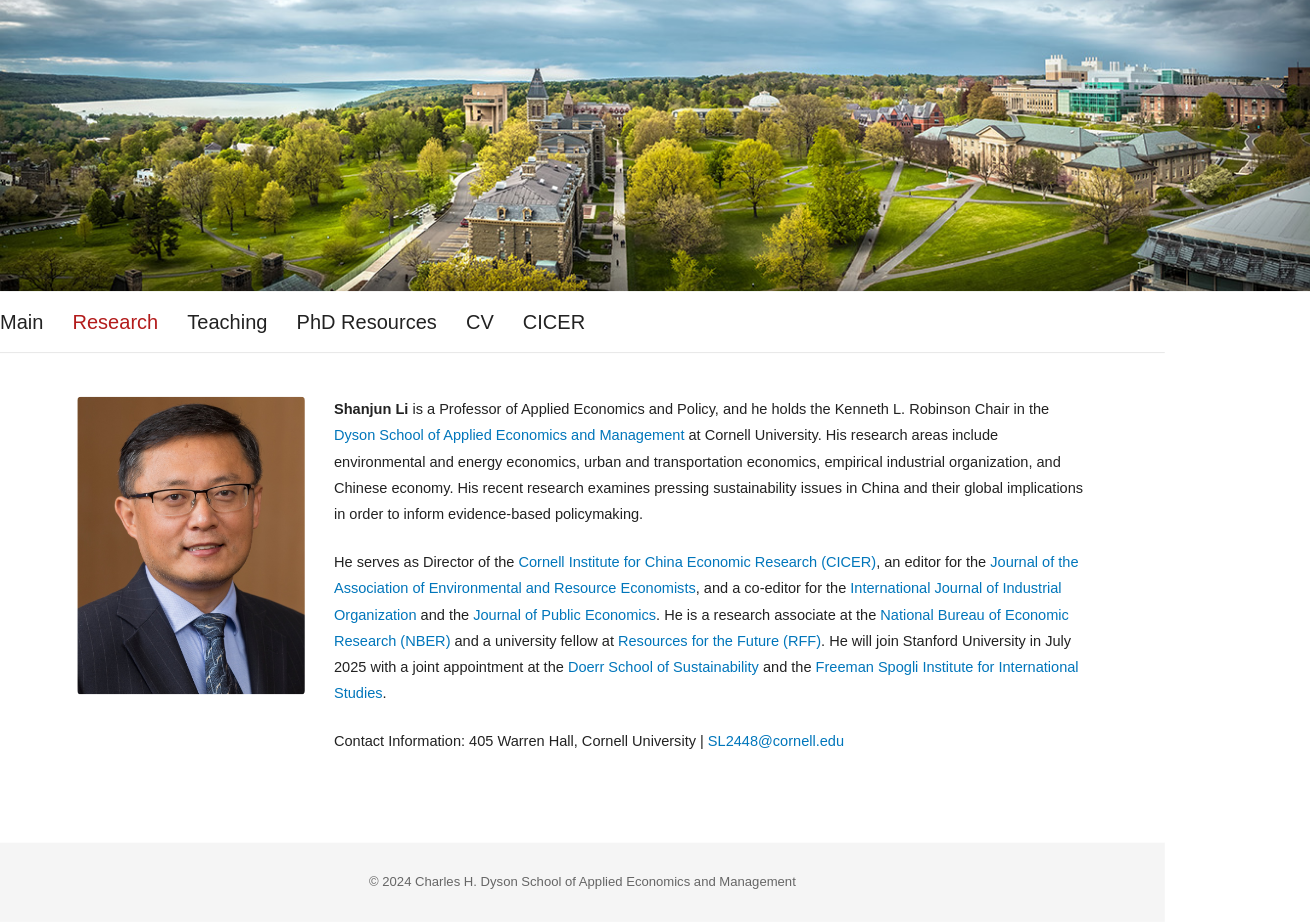
Repository: huang-heavenly-Emperor/k1_project
Page: research.html
These files come from the project's save history. The page is drawn as it stood at one moment and after the next save; the edit follows.
The browser window is 1280 px wide. The page is 1440 px wide, so the pictures cover 1440 px, including what lies to the right of the window. The pictures show the whole page, at 91% of full size.

Above is the page before, as saved 2024-11-17 05:58:49.

After the next save:
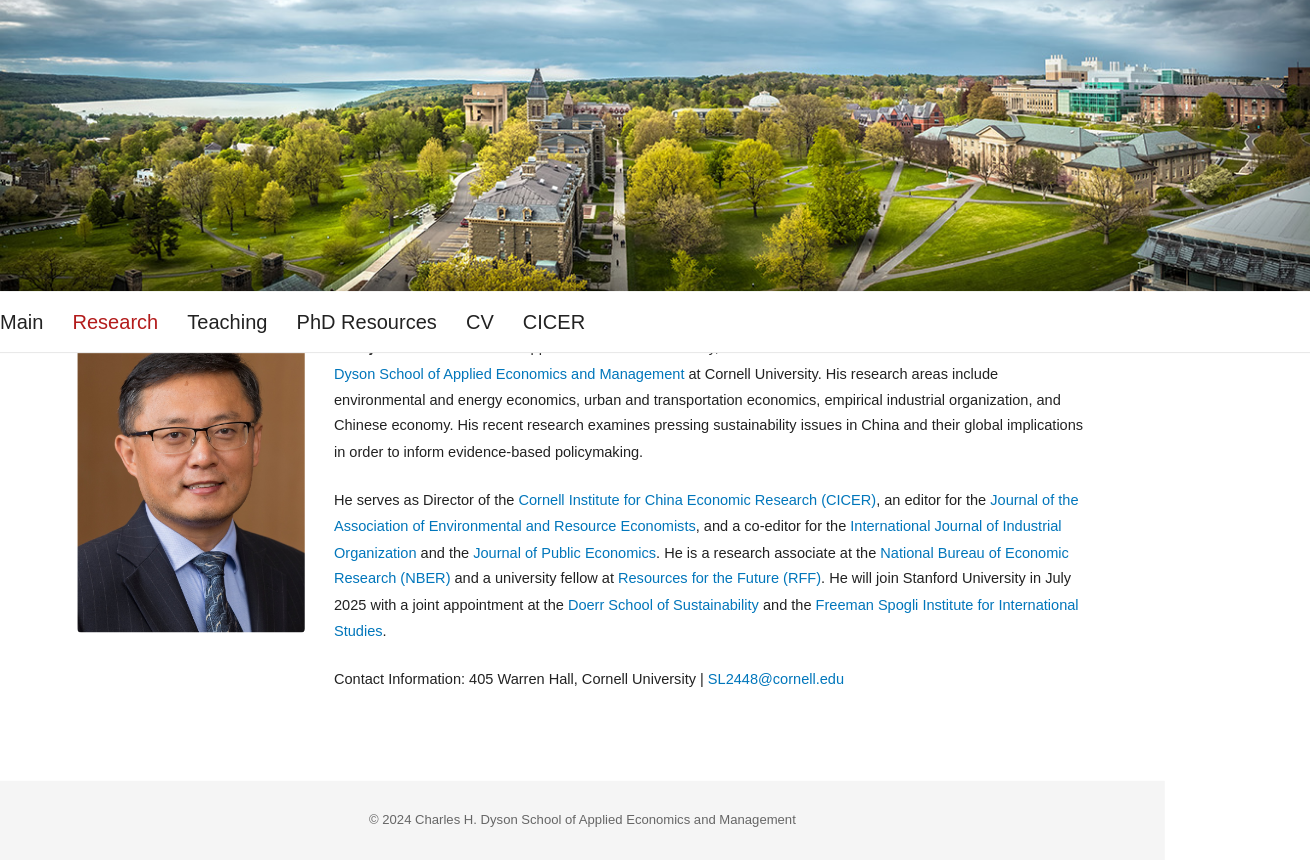
Saved 24 s later.
--- a/research.css
+++ b/research.css
@@ -23,6 +23,9 @@ body {
 /* Header Styles */
 .site-header {
   position: relative;
+  width: 1440px;
+  height: 320px;
+  margin: 0 auto;
 }
 
 .banner {
